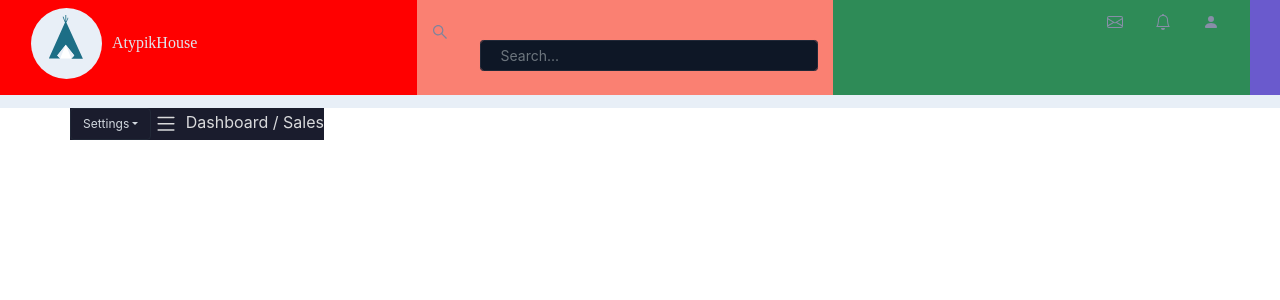
Repository: kifack/API-Symfony-AtypikHouse
Page: / (app in admin-frontend/)
An editor plug-in stored every save of this project. The page is shown before and after the next save, followed by the edit.
The browser window is 1280 px wide. The pictures show the whole page.
Some web libraries are served in a nearby version. The project was rebuilt for these pictures with package versions that can differ from the ones it lists, and the page was loaded fresh each time. Also part of the build but not shown: admin-frontend/src/css/Responsive.css, admin-frontend/src/css/admin/navbar.css, admin-frontend/src/components/template_parts/Header.js, admin-frontend/src/components/template_parts/Footer.js, admin-frontend/src/components/template_parts/Sidebar.js, admin-frontend/src/components/partials/LocationEntry.js, admin-frontend/src/components/template_parts/Spinner.js, admin-frontend/src/actions/location.js and 26 more.

Above is the page before, as saved 2020-10-01 16:15:24.

After the next save:
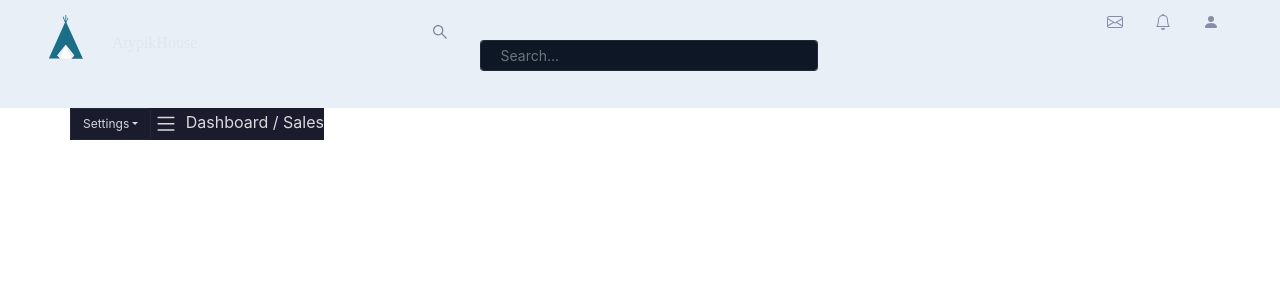
Saved 43 s later.
--- a/admin-frontend/src/css/App.css
+++ b/admin-frontend/src/css/App.css
@@ -145,15 +145,15 @@ header .menuhaut{
 }
 header .menuhaut .col:first-child{
   width: 30%;
-  background-color: red;
+
 }
 header .menuhaut .col:nth-child(2){
   width: 30%;
-  background-color: salmon;
+
 }
 header .menuhaut .col:nth-child(3){
   width: 30%;
-  background-color: seagreen;
+
 }
 
 header .menuhaut .row{
@@ -161,13 +161,12 @@ header .menuhaut .row{
 
 }
 header .menuhaut .container{
-  background-color: slateblue;
+
   max-width: 100% ;
   margin: 0;
 }
 
 header .container img {
-
   width: 20%;
   margin-right: 10px;
 
